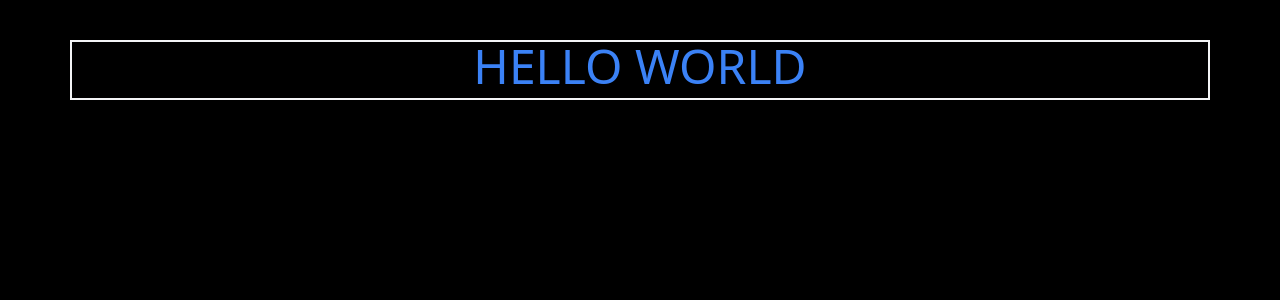
Repository: latenightsnacc/urban-pancake
Page: index.html
These files come from the project's save history. The page is drawn as it stood at one moment and after the next save; the edit follows.
The browser window is 1280 px wide. The pictures show the whole page.

Above is the page before, as saved 2021-04-30 10:26:30.

### index.html
<!DOCTYPE html>
<html lang="en">
<head>
    <meta charset="UTF-8">
    <meta http-equiv="X-UA-Compatible" content="IE=edge">
    <meta name="viewport" content="width=device-width, initial-scale=1.0">
    <!--Tailwind Css-->
    <link href="https://unpkg.com/tailwindcss@^2/dist/tailwind.min.css" rel="stylesheet">
    <!--Bootstrap CSS-->
    <link href="https://cdn.jsdelivr.net/npm/bootstrap@5.0.0-beta3/dist/css/bootstrap.min.css" rel="stylesheet" integrity="sha384-eOJMYsd53ii+scO/bJGFsiCZc+5NDVN2yr8+0RDqr0Ql0h+rP48ckxlpbzKgwra6" crossorigin="anonymous">
    <!--Material Icons-->
    <link href="https://fonts.googleapis.com/css?family=Material+Icons|Material+Icons+Outlined|Material+Icons+Two+Tone|Material+Icons+Round|Material+Icons+Sharp" rel="stylesheet">
    <!--Google Font-->
    <link rel="preconnect" href="https://fonts.gstatic.com">
    <link href="https://fonts.googleapis.com/css2?family=Archivo:wght@400;700&display=swap" rel="stylesheet">
    <title>GRUPA</title>
</head>
<body class="bg-black pt-10">
    <main class="wrapper container border-2 border-gray-100">
        <h1 class="text-center text-blue-500 text-5xl uppercase">hello world</h1>
    </main>
    <!--bootstrap JS-->
    <script src="https://cdn.jsdelivr.net/npm/bootstrap@5.0.0-beta3/dist/js/bootstrap.bundle.min.js" integrity="sha384-JEW9xMcG8R+pH31jmWH6WWP0WintQrMb4s7ZOdauHnUtxwoG2vI5DkLtS3qm9Ekf" crossorigin="anonymous"></script>
</body>
</html>

After the next save:
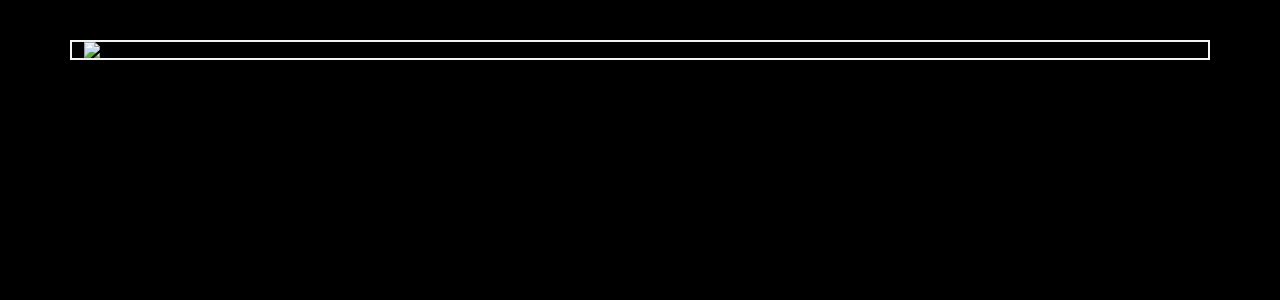
Saved 3 min 12 s later.
--- a/index.html
+++ b/index.html
@@ -17,7 +17,21 @@
 </head>
 <body class="bg-black pt-10">
     <main class="wrapper container border-2 border-gray-100">
-        <h1 class="text-center text-blue-500 text-5xl uppercase">hello world</h1>
+        <!--Header-->
+        <header class="shadow-2xl">
+            <nav class="flex flex-row justify-between">
+                <img src="/" />
+                <ul>
+                    <li>
+                        <a href="index.html">
+                            <i class="fa fa-home"></i>
+                        </a>
+                    </li>
+                </ul>
+            </nav>
+        </header>
+
+        <!--End of Header-->
     </main>
     <!--bootstrap JS-->
     <script src="https://cdn.jsdelivr.net/npm/bootstrap@5.0.0-beta3/dist/js/bootstrap.bundle.min.js" integrity="sha384-JEW9xMcG8R+pH31jmWH6WWP0WintQrMb4s7ZOdauHnUtxwoG2vI5DkLtS3qm9Ekf" crossorigin="anonymous"></script>
